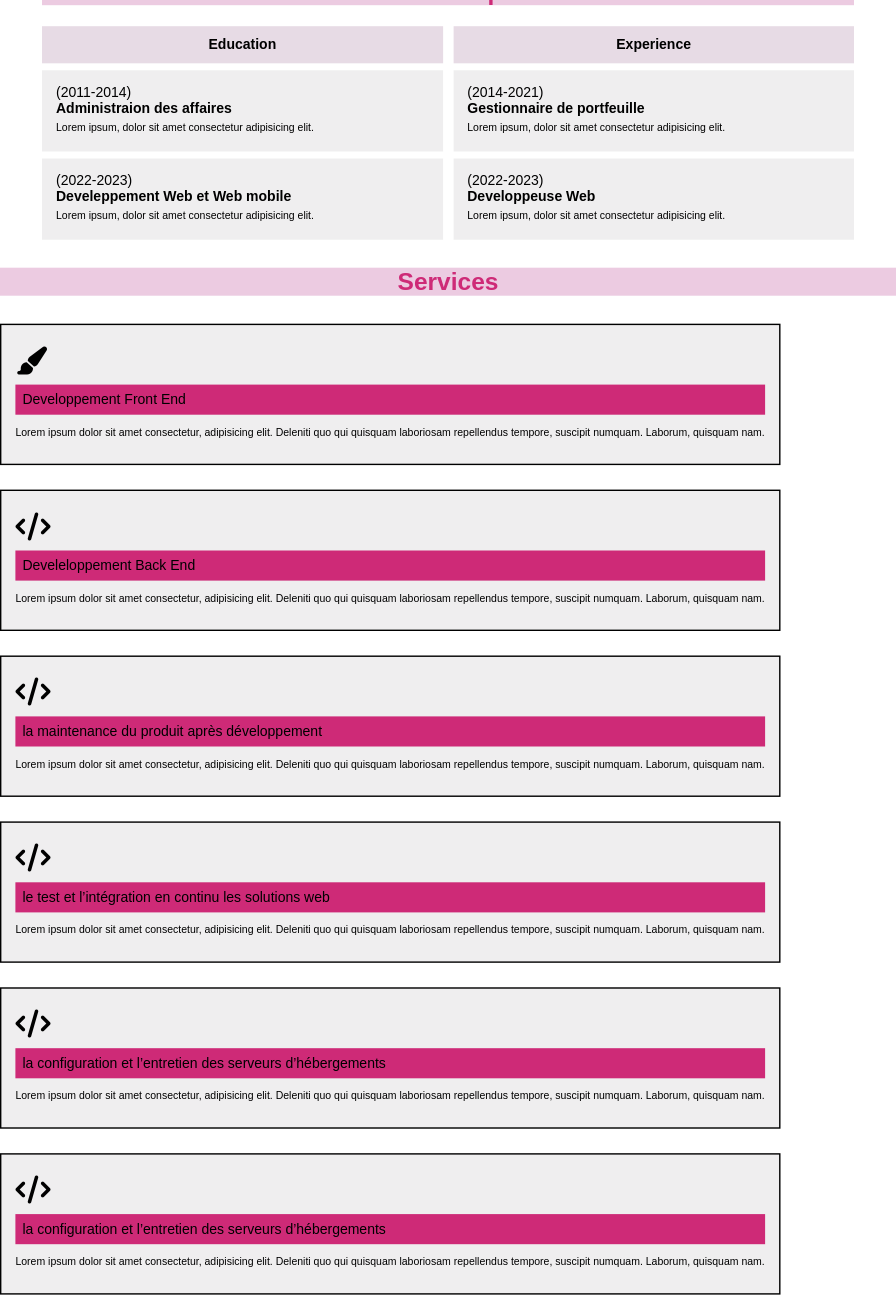
Repository: haifabilel/portfolio_project
Page: http://localhost/
The author's editor kept a copy of each file at every save. The page is drawn from the files as they stood at one save, then again after a run of saves.
The browser window is 1280 px wide. The pictures show the part of the page from y = 1338 to 3258 px (the page is 3198 px tall before and 3258 px after), at 70% of full size.
Some web fonts or font styles are not loaded; a fallback is used. The page is run by PHP 8.4 with error messages shown; the project is at /var/www/html/.

Above is the page before, as saved 2023-09-16 22:44:23.

### index.php
<!DOCTYPE html>
<html lang="fr">
<head>
    <meta charset="UTF-8">
    <meta name="viewport" content="width=device-width, initial-scale=1.0">
    <title>Portfolio</title>
    <!-- Font awesome cdn -->
    <link rel="stylesheet" href="https://cdnjs.cloudflare.com/ajax/libs/font-awesome/6.4.2/css/all.min.css">
    <!-- css link -->
    <link rel="stylesheet" href="css/style.css"
</head>
<body>
<!-- Header Section Starts -->
<header class="header">
<div id="menu-btn" class="fas fa-bars"></div>

    <a href="#home" class="logo">
       <img src="asset/logo.png" class="logo" alt="image-logo">
    </a>
<nav class="navbar">
    <a href="#home"class="active">Home</a>
    <a href="#about">About me</a>
    <a href="#portfolio">portfolio</a>
    <a href="#contact">Contact me</a>
</nav>
<div class="follow">
<a href="#" class="fab fa-facebook"></a>
<a href="#" class="fab fa-twitter"></a>
<a href="#" class="fab fa-instagram"></a>
<a href="#" class="fab fa-linkedin"></a>
<a href="#" class="fab fa-github"></a>
</div>
</header>

<!-- Header Section Ends -->
<!-- Home Section Starts -->
<section class="home" id="home">
    <div class="image">
        <img src="asset/photo-femme.jpg" alt="photo-femme" class="image-profil" >
    </div>
 <div class="content">
    <h1>Welcome, i am hayfa</h1>
    <p class="developper">Web Developper</p>
    <p>Lorem, ipsum dolor sit amet consectetur adipisicing elit. Placeat in molestias fuga voluptatem qui reiciendis vero doloribus consequatur recusandae! Natus.</p>
    <a href="#about" class="btn">About me</a>
 </div>
</section>
<!-- Home Section Ends -->
<!-- about Section Starts -->
<section class="about"  id="about">
    <h2 class="myBio">Biography</h2>
    <div class="biography">
        <p>Lorem ipsum dolor sit amet consectetur adipisicing elit.
             Fugiat quas quis eius cupiditate ducimus ut id maxime sunt nobis magni? </p>
        <h3> Name : CHAABI Hayfa </h3>
        <h3> Email: developper@gmail.com </h3>
        <h3> Adresse: Paris, France </h3>
        <h3> Phone: 060202222 </h3>
        <h3> Experience: 3 years </h3>
    </div>
<div class="skills">
<h2 class="myskills">My Skills</h2>
<div class="progress">
    <div class="bar"><h3><span>HTML</span><span>90%</span></h3></div>
    <div class="bar"><h3><span>CSS</span><span>90%</span></h3></div>
    <div class="bar"><h3><span>PHP</span><span>70%</span></h3></div>
    <div class="bar"><h3><span>MYSQL</span><span>75%</span></h3></div>
</div>
</div>

<div class="education_experienes">
     <h2 class="myskills">Education & Experience</h2>
    <div class="row">
        <div class="box_container">
            <h3 class="titre">Education</h3>
            <div class="box">
                <span>(2011-2014)</span>
                <h4>Administraion des affaires</h4>
                <p>Lorem ipsum, dolor sit amet consectetur
                    adipisicing elit.</p>
            </div>

            <div class="box">
                <span>(2022-2023)</span>
                <h4>Develeppement Web et Web mobile</h4>
                <p>Lorem ipsum, dolor sit amet consectetur
                    adipisicing elit.</p>
            </div>
        </div>

        <div class="box_container">
            <h3 class="titre">Experience</h3>
            <div class="box">
                <span>(2014-2021)</span>
                <h4>Gestionnaire de portfeuille</h4>
                <p>Lorem ipsum, dolor sit amet consectetur
                    adipisicing elit.</p>
            </div>

            <div class="box">
                <span>(2022-2023)</span>
                <h4>Developpeuse Web</h4>
                <p>Lorem ipsum, dolor sit amet consectetur
                    adipisicing elit.</p>
            </div>
        </div>
    </div>
</div>
</section>
<!-- about Section Ends -->
<!-- Services Section starts -->
<div class="services" id="services">
<h2 class="myservice">Services</h2>
<div class="row">
<div class="box-container">
    <div class="box">
        <i class="fas fa-paint-brush"></i>
        <h3>Developpement Front End</h3>
        <p>Lorem ipsum dolor sit amet consectetur, adipisicing elit. Deleniti quo qui quisquam laboriosam repellendus tempore,
            suscipit numquam. Laborum, quisquam nam.</p>
    </div>


    <div class="box">
        <i class="fas fa-code"></i>
        <h3>Develeloppement Back End</h3>
        <p>Lorem ipsum dolor sit amet consectetur, adipisicing elit. Deleniti quo qui quisquam laboriosam repellendus tempore,
            suscipit numquam. Laborum, quisquam nam.</p>
    </div>

    <div class="box">
        <i class="fas fa-code"></i>
        <h3>la maintenance du produit après développement</h3>
        <p>Lorem ipsum dolor sit amet consectetur, adipisicing elit. Deleniti quo qui quisquam laboriosam repellendus tempore,
            suscipit numquam. Laborum, quisquam nam.</p>
    </div>
    <div class="box">
        <i class="fas fa-code"></i>
        <h3>le test et l’intégration en continu les solutions web</h3>
        <p>Lorem ipsum dolor sit amet consectetur, adipisicing elit. Deleniti quo qui quisquam laboriosam repellendus tempore,
            suscipit numquam. Laborum, quisquam nam.</p>
    </div>
    <div class="box">
        <i class="fas fa-code"></i>
        <h3>la configuration et l’entretien des serveurs d’hébergements</h3>
        <p>Lorem ipsum dolor sit amet consectetur, adipisicing elit. Deleniti quo qui quisquam laboriosam repellendus tempore,
            suscipit numquam. Laborum, quisquam nam.</p>
    </div>
    <div class="box">
        <i class="fas fa-code"></i>
        <h3>la configuration et l’entretien des serveurs d’hébergements</h3>
        <p>Lorem ipsum dolor sit amet consectetur, adipisicing elit. Deleniti quo qui quisquam laboriosam repellendus tempore,
            suscipit numquam. Laborum, quisquam nam.</p>
    </div>
</div>

</div>
</div>



<!-- Services Section ends -->











<script src="js/script.js"></script>
</body>
</html>

### css/style.css
@import url('https://fonts.googleapis.com/css2?family=Crimson+Text:wght@400;600&family=EB+Garamond:wght@400;500;600&family=Lora:ital@1&family=Nanum+Myeongjo:wght@400;700;800&family=Poppins:ital,wght@1,200;1,300;1,400;1,500&display=swap');
:root{
    --black:#000;
    -white:#fff;
    --pinkLight:#ce2a77;
    --pink:#8e6787;
    --light-bg:#eccbe1;
    --light-bg2:#dccad8ab;
    --border-bold:.4rem solid var(--pink);
    --box--shadow:7px 6px 5px 0px rgba(0,0,0,0.4);
}
*{
    font-family: 'EB Garamond', 'Arial',' sans-serif';
    margin: 0;
    padding:0;
    box-sizing: border-box;
    outline:none;
    border:none;
    text-decoration:none;

}
*{
    background-color: var(--white);

}
*::-webkit-scrollbar{
    height:.5rem;
    width:1rem;
   }
*::-webkit-scrollbar-track{
    background-color: transparent;
}
*::-webkit-scrollbar-thumb{
    background-color: var(--pink);
}
html{
    font-size:62.5%;
    overflow-x: hidden;
    scroll-behavior: smooth;
}
section{
    padding:3rem 2rem;
    margin:0 auto;
    max-width:1200px;
    text-align: center;

}
body{
 overflow: hidden;
 transition:.2s linear !important;
 text-align: center;
}
body.active{
  padding-left:35rem;
}

/* <!-- Body Section Ends --> */
/* <!-- Header Section Starts --> */
.header{
    position:fixed;
    top:0;left:-35rem;
    height:100vh;
    background-color:var(--white);
    border-right:var(--border-bold);
    width:35rem;
    padding:3rem 2rem;
    text-align:center;
    display: flex;
    align-items: center;
    justify-content: space-between;
    flex-flow: column;
    transition:.2s linear !important;
    text-align: center;

}
header .navbar{
    width: 100%;


}
header .navbar a{
    text-decoration: none;
    font-size: 2.5rem;
    padding:1.5rem;
    margin:3rem;
    display:block;

}
header .navbar a.active,
header .navbar a:hover{
 background-color: #f0aae46b;
 transform: scale(1.2);
}
.header .follow a{
    font-size:2.5rem;
    margin:0 1rem;
    color:#8a427d;
}
.header .follow a:hover{
    transform: scale(2.1);
}
#menu-btn{
   position: absolute;
   top:0; right:-5.5rem;
   height:4.5rem;
   line-height: 4.5rem;
   width:5rem;
   font-size: 3rem;
   cursor: pointer;
   color: var(--white);
}
.logo{
    margin-top: -30px;
    height: 190px;
}
header.active{
   left:0;
}
/* Header Section Ends */
 /* Home Section Starts  */
.home{
    margin-top:-70px;
    margin-bottom: -50px;
    display:flex;
    align-items: center;
    flex-wrap:wrap;
    gap:2rem;
    min-height: 100vh;
}
h1{
    font-size: 5rem;
    text-transform:capitalize;
}

.developper{
    color:#8a427d;
    font-size: 4rem;
}
p{
    font-size: 2rem;
}
.home .image img{
    height:45rem;
    padding:1rem;
    margin:30px;
    border :5px solid black;

}
.home .image{
    flex:1 1 40rem;
}
.home .content{
    flex:1 1 40rem;
}
.btn{
    display: inline-block;
    margin-top:1rem ;
    cursor: pointer;
    padding:1rem 3rem;
    background-color: #8a427d;
    color:#fff;
    border-radius: 5px;
    font-size: 2.5rem;
}
.btn:hover{
    transform: scale(1.1);
    transition: 0.5s;
}
/* Home Section Ends */
/* About section starts */
h2{

    margin-bottom:3rem;
    text-align: center;
    font-size: 3.5rem;
    color: var(--pinkLight);
    background-color: var(--light-bg);

}
h3{
    font-size: 2rem;
}
.biography p{
    margin:1rem auto;
    max-width:70rem;
    line-height:1.5rem;
    font-size:1.7rem;
    font-size: large;
}
.biography{
    margin-top: 1rem;
}
.biography h3{
    padding:1rem 1.5rem;
    display: inline-block;
    margin:1rem;
    background-color:var(--light-bg2);
    word-break:break-all;
    font-size:2rem;
    border:3px solid var(--black);
}
/* My Skills part starts */
.about .skills{
    margin:3rem 0;

}
.skills .progress{
  margin-top: 1rem;
}
.skills .progress .bar{
margin:1rem auto;
max-width: 70rem;
border:2px solid black;
padding:1rem;


}
.bar span{
 font-size: 2rem;
}
.skills .progress .bar h3{
    display: flex;
    align-items: center;
    justify-content: space-between;
    background-color: var(--light-bg2);
    padding: 1rem;
}
.skills .progress .bar:nth-child(1) h3{
   width:90%;
}
.skills .progress .bar:nth-child(2) h3{
    width:85%;
 }
 .skills .progress .bar:nth-child(3) h3{
    width:70%;
 }
 .skills .progress .bar:nth-child(4) h3{
    width:75%;
 }
 /* My Skills part ends */
 /* Education & Experience part starts */
 .education_experienes .row{
    display:flex;
    flex-wrap: wrap;
    gap:1.5rem;
 }
 .row .box_container{
   flex:1 1 40rem;
 }
 .box{
    text-align: left;
    margin:1rem 0;
    padding:2rem;
    background-color: #a9a4a92f;

 }
 .titre{
    padding: 1.5rem;
    font-size:2rem;
    background-color:var(--light-bg2);
 }
 .box h4{
    font-size:2rem;
 }
 .box span{
    font-size:2rem;
 }
/* About section ends */
/* Section SServices starts */
.services .box-container{
    display:flex;
    flex-wrap: wrap;
    gap:1.5rem;
}
.services .box-container .box{
 padding: 3rem 2rem;
 border: 2px solid black;
}
.box i{
    font-size:4rem;
    margin-bottom: .5rem;
}
.box h3{
    margin:1rem 0;
    font-size:2rem;
    padding:1rem;
    background-color: var(--pinkLight);
    font-weight: normal;
}
.box p{
    line-height:2 ;
    font-size: 1.5rem;

}

/* Section SServices ends */







/* media queries */
@media (max-widht:991px){
    html{
        font-size: 55%;
    }
    body .active{
        padding-left: 0;
    }

}

@media (max-widht:450px){
    html{
        font-size: 50%;
    }
    .header.active{
        padding-top:7rem;
    }
    #menu-btn.fa-times{
        right:0;
    }
    .home .image img{
     height:auto;
     width:100%;

    }

    .content h1{
        font-size:2rem;
    }
    .about h2{
        font-size: 1.5rem;
        margin-top:50px;

    }

}

### js/script.js
let menu = document.querySelector('#menu-btn');
let header = document.querySelector('.header');

// Button toggle
menu.onclick = () =>{
   menu.classList.toggle('fa-times');
   header.classList.toggle('active');
   document.body.classList.toggle('active');
}

window.onscroll = () =>{
    if(window.innerWidth < 991){
        menu.classList.remove('fa-times');
        header.classList.remove('active') ;
        document.body.classList.remove('active');
    }
}

After the next 2 saves:
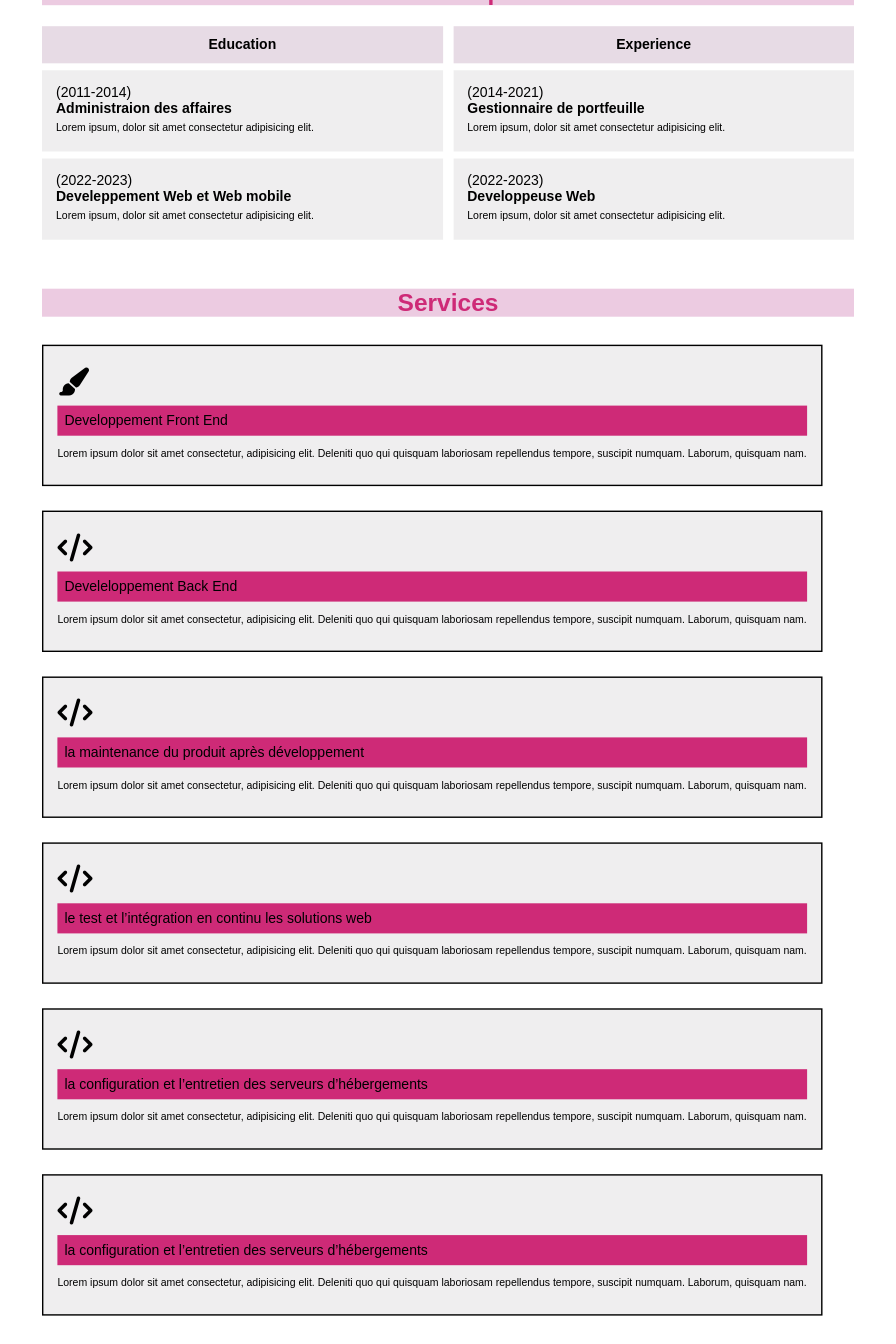
The 2 saves are shown as one change because they came seconds apart.
The last was saved 14 h 52 min later.
--- a/index.php
+++ b/index.php
@@ -109,7 +109,7 @@
 </section>
 <!-- about Section Ends -->
 <!-- Services Section starts -->
-<div class="services" id="services">
+<section class="services" id="services">
 <h2 class="myservice">Services</h2>
 <div class="row">
 <div class="box-container">
